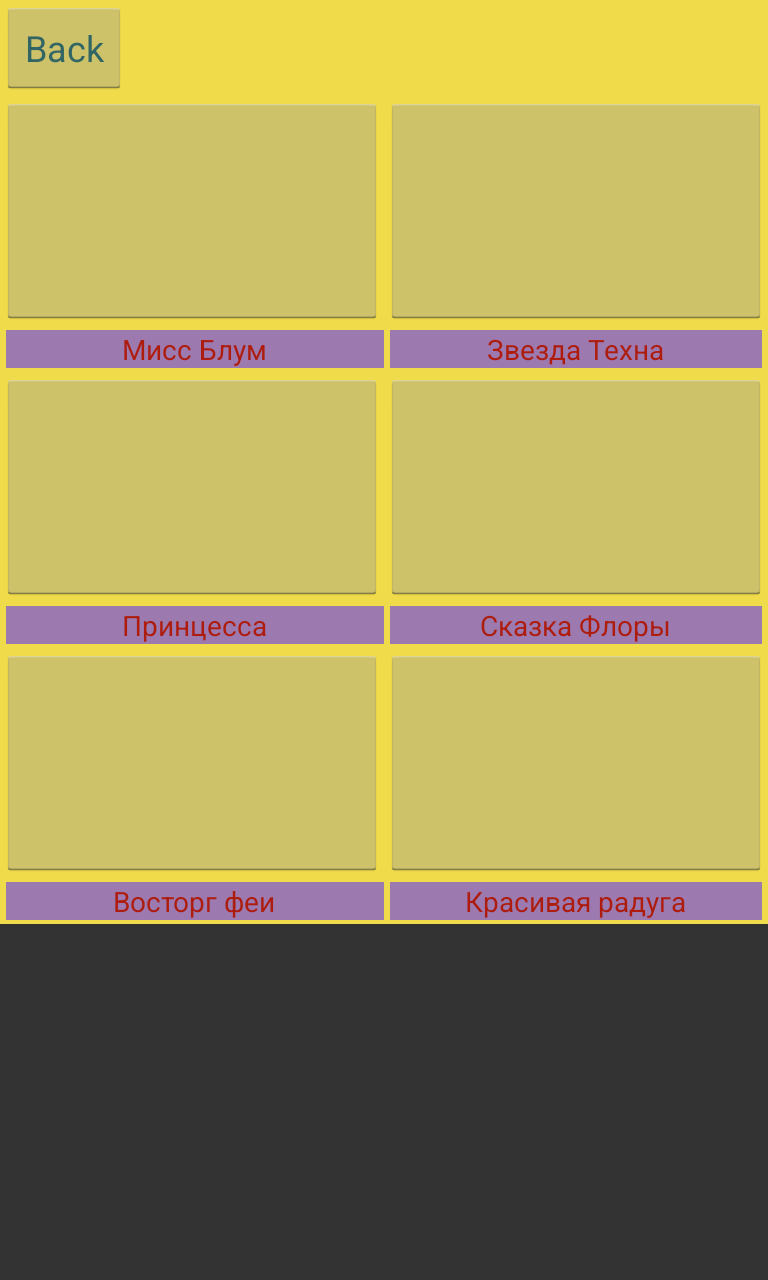
Repository: Skyremix/Winx
Layout: Winx/Winx/res/layout/stages.xml
The author's editor kept a copy of each file at every save. The layout is drawn from the files as they stood at one save, then again after the next save.
It is drawn on a 768 x 1280 px phone screen (xhdpi) without system bars, with theme AppTheme; the app's code is not run.

Above is the layout before, as saved 2015-05-14 23:44:55.

After the next save:
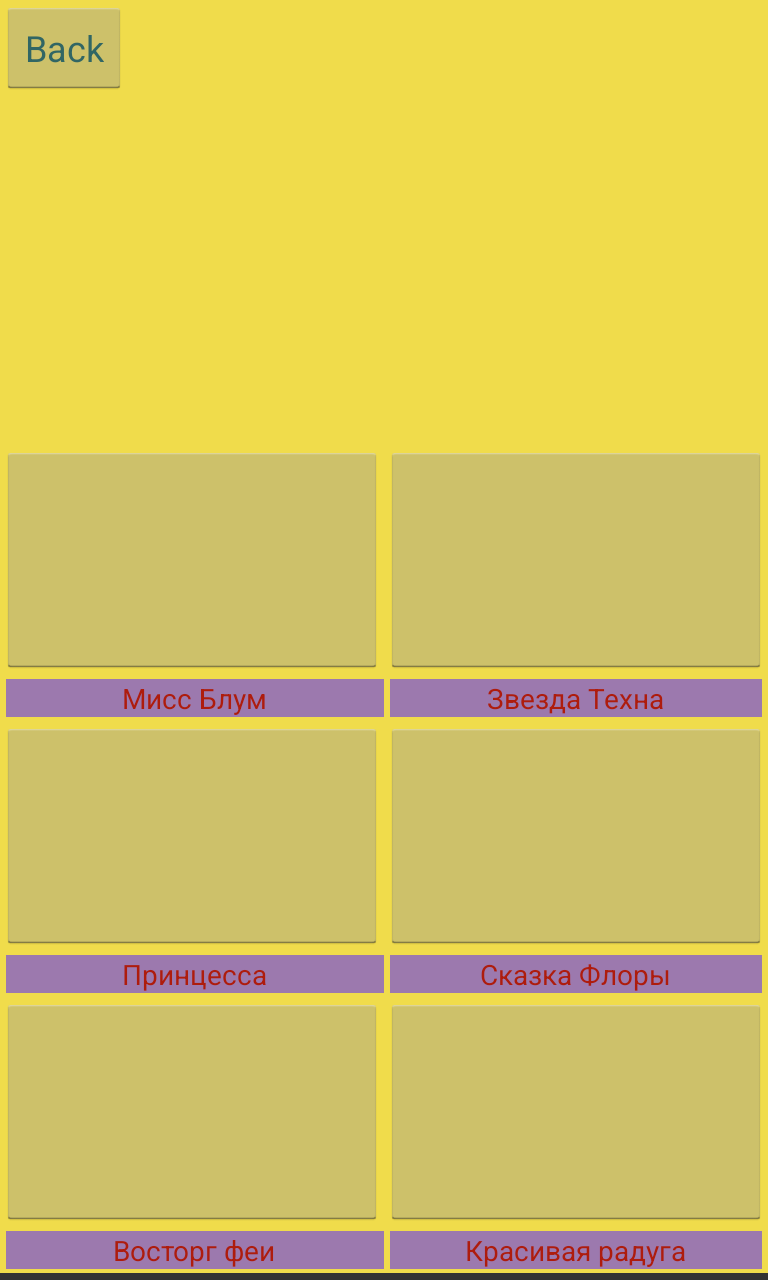
Saved 9 s later.
--- a/Winx/Winx/res/layout/stages.xml
+++ b/Winx/Winx/res/layout/stages.xml
@@ -7,7 +7,8 @@
 
     <LinearLayout
         android:layout_width="match_parent"
-        android:layout_height="wrap_content" >
+        android:layout_height="wrap_content"
+        android:layout_weight="1" >
 
         <LinearLayout
             android:layout_width="match_parent"
